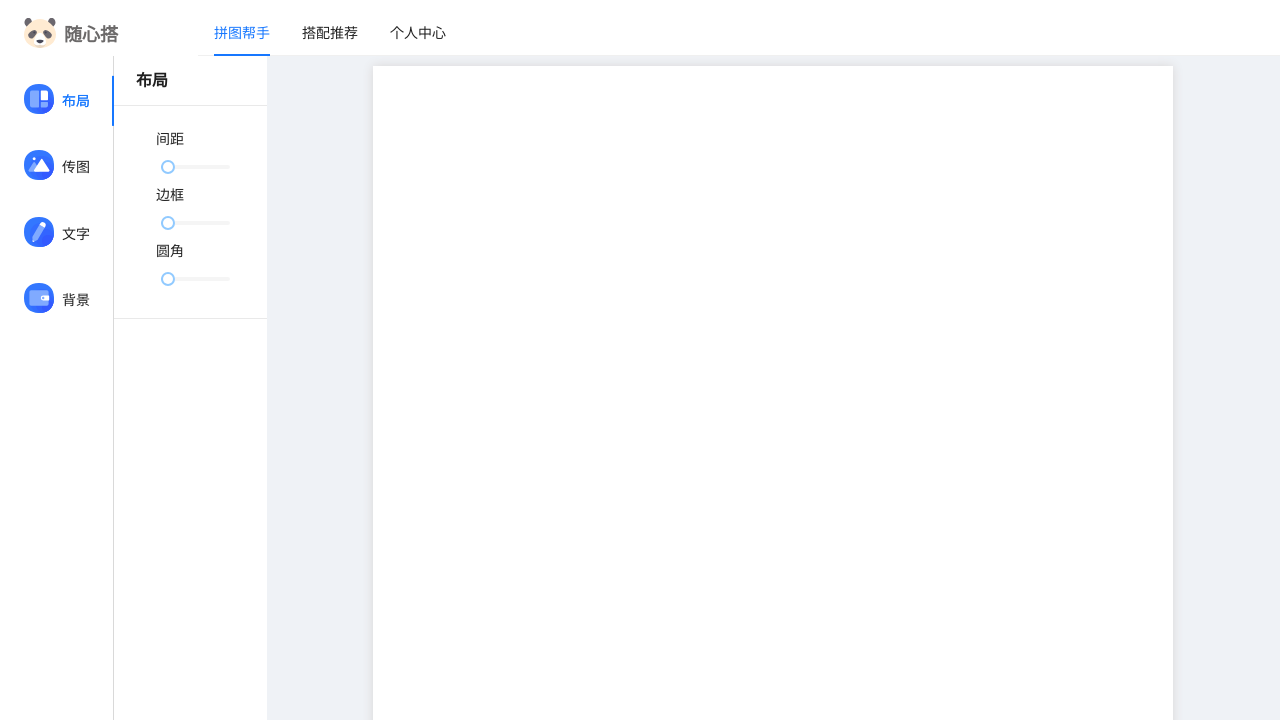
Repository: zzq1101921989/low-code
Page: /
The author's editor kept a copy of each file at every save. The page is drawn from the files as they stood at one save, then again after the next save.
The browser window is 1280 px wide. The pictures show the whole page.
The project was rebuilt for these pictures with package versions that can differ from the ones it lists, and the page was loaded fresh each time. Also part of the build but not shown: vite.config.ts, src/pages/admin/index.tsx, src/components/icon/ClothesIcon.tsx, src/components/icon/HairIcon.tsx, src/components/icon/PantsIcon.tsx, src/components/icon/ShoeIcon.tsx, src/pages/recommend/index.tsx.

Above is the page before, as saved 2023-05-21 18:12:03.

### index.html
<!DOCTYPE html>
<html lang="en">
  <head>
    <meta charset="UTF-8" />
    <link rel="icon" type="image/svg+xml" href="/vite.svg" />
    <meta name="viewport" content="width=device-width, initial-scale=1.0" />
    <title>搭配选择困难症？不懂搭？就来随心搭，找到属于自己的穿搭技巧</title>
  </head>
  <body>
    <div id="root"></div>
    <script type="module" src="/src/main.tsx"></script>
  </body>
</html>

### src/main.tsx
import ReactDOM from "react-dom/client";
import App from "./App";
import "./reset.css";

ReactDOM.createRoot(document.getElementById("root") as HTMLElement).render(
  <App />
);

### src/App.tsx
import { BrowserRouter, Navigate, Route, Routes } from "react-router-dom";
import LayoutComponent from "./components/layout";
import { routerConfig } from "./routers";

const App = () => {
  return (
    <BrowserRouter>
      <Routes>
        <Route path="/" element={<LayoutComponent />}>
          {/* 重定向 */}
          <Route path="/" element={<Navigate to="/home" />} />
          {routerConfig.map((item) => (
            <Route path={item.path} key={item.name} element={item.element} />
          ))}
        </Route>
        <Route path="*" element={<div>404</div>} />
      </Routes>
    </BrowserRouter>
  );
};

export default App;

### src/reset.css
html,body,div,span,applet,object,h1,h2,h3,h4,h5,h6,p,blockquote,pre,a,abbr,acronym,address,big,cite,code,del,dfn,em,img,ins,kbd,q,s,samp,small,strike,strong,sub,sup,tt,var,b,u,i,center,dl,dt,dd,ol,ul,li,fieldset,form,label,legend,table,caption,tbody,tfoot,thead,tr,th,td,article,aside,canvas,details,embed,figure,figcaption,footer,header,hgroup,menu,nav,output,ruby,section,summary,time,mark,audio,video {
	margin:0;
	padding:0;
	border:0;
	font-size:100%;
	font:inherit;
	font-weight:normal;
	vertical-align:baseline;
}
/* HTML5 display-role reset for older browsers */
article,aside,details,figcaption,figure,footer,header,hgroup,menu,nav,section {
	display:block;
}
ol,ul,li {
	list-style:none;
}
blockquote,q {
	quotes:none;
}
blockquote:before,blockquote:after,q:before,q:after {
	content:'';
	content:none;
}
table {
	border-collapse:collapse;
	border-spacing:0;
}
th,td {
	vertical-align:middle;
}
/* custom */
a {
	outline:none;
	color:#16418a;
	text-decoration:none;
	-webkit-backface-visibility: hidden;
}
a:focus {
	outline:none;
}
input:focus,select:focus,textarea:focus {
	outline:-webkit-focus-ring-color auto 0;
}

### src/routers/index.tsx
import { RouteObject } from "react-router-dom";
import Admin from "../pages/admin";
import Home from "../pages/home";
import Recommend from "../pages/recommend";

export const routerConfig: (RouteObject & { name: string })[] = [
  {
    path: "home",
    name: "拼图帮手",
    element: <Home />,
  },
  {
    path: "recommend",
    name: "搭配推荐",
    element: <Recommend />,
  },
  {
    path: "admin",
    name: "个人中心",
    element: <Admin />,
  },
];

### src/components/header/index.tsx
import { Menu, MenuProps } from "antd";
import { Link, useLocation } from "react-router-dom";
import { routerConfig } from "../../routers";

export default function HeaderComponent() {

  const locaiton = useLocation();

  const items: MenuProps["items"] = routerConfig.map((key) => ({
    key: key.path,
    label: <Link to={`/${key.path}`}>{key.name}</Link>,
  }));

  return (
    <Menu
      style={{ flex: 1 }}
      mode="horizontal"
      selectedKeys={[locaiton.pathname.split("/")[1]]}
      items={items}
    />
  );
}

### src/components/layout/index.module.less
.syd-layout {
  width: 100%;
  height: 100vh;
  display: flex;
  flex-direction: column;
  overflow: hidden;
  .syd-header {
    display: flex;
    width: 100%;
    align-items: center;
    padding: 10px 24px 0 24px;
    background-color: #fff;
    .logo {
      margin-right: 80px;
    }
  }
  .syd-content {
    flex: auto;
    background: #eff2f6;
  }
}

### src/pages/home/index.tsx
import { Col, Row } from "antd";
import { FC, useState } from "react";
import { DrawImage, Menu } from "./features";
import styles from "./index.module.less";

// 最大的间距是多少
const maxPedding = 60

// 最大的边框
const maxBorder = 0

const Home: FC = () => {

  const [ paddingPercentage, setPaddingPercentage ] = useState(10)

  // 当前计算出来的间距是多少
  const padding = Math.round(maxPedding * (paddingPercentage / 100))

  return (
    <Row style={{ height: "100%" }} className={styles.homeContainer}>
      <Col xl={5}>
        <Menu paddingPercentage={paddingPercentage} setPaddingPercentage={setPaddingPercentage} />
      </Col>
      <Col xl={19}>
        <DrawImage padding={padding} />
      </Col>
    </Row>
  );
};

export default Home;

### src/pages/home/features/index.tsx
export { default as Area } from './Area';
export { default as DrawImage } from './DrawImage';
export { default as Menu } from './Menu';

### src/pages/home/index.module.less
.homeContainer {
    :global{
        .ant-tabs-tabpane {
            padding-left: 0 !important
        }
        .ant-tabs-nav-wrap {
            padding-top: 20px;
        }
    }
}

### src/pages/home/features/Area/index.tsx
import { FC, ReactNode } from "react";
import styles from "./index.module.less";

interface AreaProps {
  /**
   * @name 头部区域内容
   */
  header: string | ReactNode;

  /**
   * @name 中间区域内容
   */
  centre?: string | ReactNode;
}
const Area: FC<AreaProps> = (props) => {
  const { header, centre } = props;

  return (
    <div className={`${styles["area-container"]}`}>
      <div
        className={`${styles["area-container-header"]} ${styles.padding} ${styles.borderBottom}`}
      >
        {header}
      </div>
      {centre && (
        <div
          className={`${styles["area-container-centre"]} ${styles.padding} ${styles["borderBottom"]}`}
        >
          {centre}
        </div>
      )}
    </div>
  );
};

export default Area;

### src/pages/home/features/Menu/index.tsx
import { Slider, Space, Tabs, TabsProps } from "antd";
import { Dispatch, FC } from "react";
import { Area } from "..";
import {
  ColorIcon,
  ImageIcon,
  LayoutIcon,
  TextIcon,
} from "../../../../components/icon";

type MenuProps = {
  /**
   * 间距百分比
   */
  paddingPercentage: number
  setPaddingPercentage: Dispatch<React.SetStateAction<number>>
}

/**
 * 导航栏组件
 */
const Menu: FC<MenuProps> = (props) => {

  const { paddingPercentage, setPaddingPercentage } = props;

  const items: TabsProps["items"] = [
    {
      label: (
        <Space>
          <LayoutIcon />
          布局
        </Space>
      ),
      key: "1",
      children: (
        <Area
          header="布局"
          centre={
            <div
              style={{
                width: "100%",
                display: "flex",
                flexDirection: "column",
                padding: '10px 20px',
                boxSizing: 'border-box'
              }}
            >
              <div>
                间距
                <Slider defaultValue={paddingPercentage} onChange={setPaddingPercentage} />
              </div>
              <div>
                边框
                <Slider defaultValue={10} />
              </div>
              <div>
                圆角
                <Slider defaultValue={10} />
              </div>
            </div>
          }
        />
      ),
    },
    {
      label: (
        <Space>
          <ImageIcon />
          传图
        </Space>
      ),
      key: "2",
      children: "",
    },
    {
      label: (
        <Space>
          <TextIcon />
          文字
        </Space>
      ),
      key: "3",
      children: "",
    },
    {
      label: (
        <Space>
          <ColorIcon />
          背景
        </Space>
      ),
      key: "4",
      children: "",
    },
  ];

  return (
    <Tabs
      tabPosition="left"
      items={items}
      style={{ background: "#fff", height: "100%" }}
    />
  );
}

export default Menu

### src/pages/home/features/Area/index.module.less
.area-container {
    width: 100%;
    .area-container-header {
        font-size: 18px;
    }
    .area-container-header {
        font-size: 16px;
        font-weight: bold;
    }
}
.padding {
    padding: 12px 12px 12px 22px;
}
.borderBottom {
    border-bottom: 1px solid #e9e9e9;
}

### src/pages/home/components/index.tsx
export { default as ItemBox } from './ItemBox';
export { default as ContextMenu } from './contextmenu';

### src/pages/home/features/DrawImage/LayoutBox/index.tsx
import { DOMElement, FC, createElement } from 'react'

export type LayoutConfig = {
    direction: 'top' | 'left' | 'none',
    width: number,
    height: number,
    value: LayoutConfig[]
}

type LayoutBoxProps = {

    /**
     * 布局配置
     */
    layoutConfig: LayoutConfig[]

    /**
     * 容器最大宽度
     */
    containerWidth: number,


    /**
     * 容器最大高度
     */
    containerHeight: number,

    /**
     * 间距
     */
    padding: number,
}
const LayoutBox: FC<LayoutBoxProps> = (props) => {

    const { layoutConfig, containerWidth, containerHeight, padding } = props;

    const handlerCreateElement = (config: LayoutConfig[], orgiginWidth: number, orgiginHeight: number): (DOMElement<any, any> | React.ReactNode) []  => {
        const ele = config.map(item => {

            const width = orgiginWidth * item.width

            const height = orgiginHeight * item.height

            return createElement('div', {
                className: 'edit-container',
                style: {
                    display: item.direction === 'left' ? 'flex' : 'block',
                    width,
                    height
                }
            }, handlerCreateElement(item.value, width, height))

            // return <ItemBox dataIndex={0} />

        })

        return ele
    }

    return <>{handlerCreateElement(layoutConfig, containerWidth, containerHeight)}</>
}

export default LayoutBox

### src/components/icon/index.tsx
export { default as ClothesIcon } from "./ClothesIcon";
export { default as ColorIcon } from "./ColorIcon";
export { default as HairIcon } from "./HairIcon";
export { default as ImageIcon } from "./ImageIcon";
export { default as LayoutIcon } from "./LayoutIcon";
export { default as PantsIcon } from "./PantsIcon";
export { default as ShoeIcon } from "./ShoeIcon";
export { default as TextIcon } from "./TextIcon";

### src/pages/home/components/contextmenu/index.tsx
import { Space } from "antd";
import { FC } from "react";
import styles from "./index.module.less";

type ContextMenuProps = {
  /**
   * @name left 距离
   */
  left: number;

  /**
   * @name top 距离
   */
  top: number;

  /**
   * @name 是否打开
   */
  open: boolean;
};
const ContextMenu: FC<ContextMenuProps> = (props) => {
  const { left, top, open } = props;

  return (
    <div
      className={styles.contextMenu}
      style={{ left, top, display: open ? "block" : "none" }}
    >
      <div className={styles.contextMenuItem} id="uploadBtn">
        <Space>
          <svg
            xmlns="http://www.w3.org/2000/svg"
            xmlnsXlink="http://www.w3.org/1999/xlink"
            version="1.1"
            id="图层_1"
            x="0px"
            y="0px"
            viewBox="0 0 16 16"
            enableBackground="new 0 0 16 16"
            xmlSpace="preserve"
          >
            <path d="M3.5,7C2.672,7,2,6.328,2,5.5S2.672,4,3.5,4S5,4.672,5,5.5S4.328,7,3.5,7z M1,2h13c0.552,0,1,0.448,1,1v10  c0,0.552-0.448,1-1,1H1c-0.552,0-1-0.448-1-1V3C0,2.448,0.448,2,1,2z M14,11.294V3H1v10h0.297l5.687-5l4.433,5h0.661l-1.916-2.267  l1.843-1.77L14,11.294z"></path>
          </svg>
          添加图片
        </Space>
      </div>
      <div className={styles.contextMenuItem}>
        <Space>
          <svg
            xmlns="http://www.w3.org/2000/svg"
            xmlnsXlink="http://www.w3.org/1999/xlink"
            version="1.1"
            id="图层_1"
            x="0px"
            y="0px"
            viewBox="0 0 16 16"
            enableBackground="new 0 0 16 16"
            xmlSpace="preserve"
          >
            <path
              fillRule="evenodd"
              clipRule="evenodd"
              d="M14.984,13.169C15.169,15.754,13.748,16,12.512,16  c-1.236,0-2.781-0.308-2.472-2.831C10.225,11.631,12.512,8,12.512,8S14.86,11.815,14.984,13.169z M13,7.051  c0,0.203-0.103,0.457-0.258,0.659l-5.829,5.986c-0.413,0.406-1.032,0.406-1.444,0L0.31,8.42c-0.413-0.457-0.413-1.116,0-1.522  l3.663-3.754L1.806,0.913c-0.206-0.203-0.206-0.507,0-0.761c0.206-0.203,0.516-0.203,0.722,0l2.167,2.283L6.19,0.913  c0.413-0.406,1.032-0.406,1.444,0l5.056,5.275C12.948,6.442,13,6.746,13,7.051z M1.97,6.611h9.848L6.869,1.556l-1.4,1.458  l1.75,1.799c0.2,0.194,0.2,0.535,0,0.729c-0.2,0.194-0.5,0.194-0.7,0l-1.75-1.799L1.97,6.611z"
            ></path>
          </svg>
          填充背景
        </Space>
      </div>
    </div>
  );
};
export default ContextMenu;

### src/components/icon/ColorIcon.tsx
import Icon from "@ant-design/icons";
import { CustomIconComponentProps } from "@ant-design/icons/lib/components/Icon";

const Color = () => (
  <svg
    viewBox="0 0 1024 1024"
    version="1.1"
    xmlns="http://www.w3.org/2000/svg"
    p-id="7117"
    width="30"
    height="30"
  >
    <path
      d="M1023.910943 511.999898c5.11911 317.794367-194.116663 516.825376-511.91103 511.911029-317.794367 4.914346-516.825376-194.116663-511.91103-511.911029C-4.825463 194.20553 194.205546-4.825478 511.999913 0.088868c317.794367-4.914346 516.825376 194.116663 511.91103 511.91103z"
      fill="#3377FF"
      p-id="7118"
    ></path>
    <path
      d="M1022.477592 566.671996C1006.915497 340.40732 852.318366 201.16752 614.382119 204.85328c-254.112635-4.095288-413.624112 155.416189-409.528824 409.528824-3.890524 237.936247 135.554041 392.533378 361.613952 408.095473 268.036615-16.381153 439.629192-187.97373 456.010345-455.805581z"
      fill="#336DFF"
      p-id="7119"
    ></path>
    <path
      d="M1015.515602 629.944199C985.824762 491.523456 876.480566 407.160519 716.764325 409.617692c-190.635668-3.071466-310.218084 116.51095-307.146618 307.146618-2.457173 159.716241 81.905765 269.060437 220.121743 298.751277 211.112109-34.400421 351.375731-174.664043 385.776152-385.571388z"
      fill="#3364FF"
      p-id="7120"
    ></path>
    <path
      d="M997.701098 705.707031C964.734028 646.734881 902.076118 613.153517 819.146531 614.382104c-127.1587-2.047644-206.812056 77.605712-204.764412 204.764412-1.433351 82.929587 32.352777 145.587497 91.120163 178.554567a431.233852 431.233852 0 0 0 292.198816-291.994052z"
      fill="#335AFF"
      p-id="7121"
    ></path>
    <path
      d="M184.376854 245.806162m61.429324 0l532.387471 0q61.429324 0 61.429323 61.429324l0 409.528824q0 61.429324-61.429323 61.429323l-532.387471 0q-61.429324 0-61.429324-61.429323l0-409.528824q0-61.429324 61.429324-61.429324Z"
      fill="#80AAFF"
      p-id="7122"
    ></path>
    <path
      d="M655.335001 430.094133h184.287971a20.476441 20.476441 0 0 1 20.476441 20.476441v122.858647a20.476441 20.476441 0 0 1-20.476441 20.476441h-184.287971a81.905765 81.905765 0 0 1-81.905764-81.905764 81.905765 81.905765 0 0 1 81.905764-81.905765z"
      fill="#FFFFFF"
      p-id="7123"
    ></path>
    <path
      d="M655.335001 511.999898m-40.952882 0a40.952882 40.952882 0 1 0 81.905765 0 40.952882 40.952882 0 1 0-81.905765 0Z"
      fill="#80AAFF"
      p-id="7124"
    ></path>
  </svg>
);

export default function ColorIcon(props: Partial<CustomIconComponentProps>) {
  return <Icon component={Color} {...props} />;
}

### src/components/icon/ImageIcon.tsx
import Icon from "@ant-design/icons";
import { CustomIconComponentProps } from "@ant-design/icons/lib/components/Icon";

const Image = () => (
  <svg
    viewBox="0 0 1024 1024"
    version="1.1"
    xmlns="http://www.w3.org/2000/svg"
    p-id="1209"
    width="30"
    height="30"
  >
    <path
      d="M1023.910943 511.999898c5.11911 317.794367-194.116663 516.825376-511.91103 511.911029-317.794367 4.914346-516.825376-194.116663-511.91103-511.911029C-4.825463 194.20553 194.205546-4.825478 511.999913 0.088868c317.794367-4.914346 516.825376 194.116663 511.91103 511.91103z"
      fill="#3377FF"
      p-id="1210"
    ></path>
    <path
      d="M1022.477592 566.671996C1006.915497 340.40732 852.318366 201.16752 614.382119 204.85328c-254.112635-4.095288-413.624112 155.416189-409.528824 409.528824-3.890524 237.936247 135.554041 392.533378 361.613952 408.095473 268.036615-16.381153 439.629192-187.97373 456.010345-455.805581z"
      fill="#336DFF"
      p-id="1211"
    ></path>
    <path
      d="M1015.515602 629.944199C985.824762 491.523456 876.480566 407.160519 716.764325 409.617692c-190.635668-3.071466-310.218084 116.51095-307.146618 307.146618-2.457173 159.716241 81.905765 269.060437 220.121743 298.751277 211.112109-34.400421 351.375731-174.664043 385.776152-385.571388z"
      fill="#3364FF"
      p-id="1212"
    ></path>
    <path
      d="M312.968905 439.308531L158.781302 678.678129a40.952882 40.952882 0 0 0 34.400422 63.067439h308.375204a40.952882 40.952882 0 0 0 34.400421-63.067439l-154.187602-239.574362a40.952882 40.952882 0 0 0-68.800842 0.204764z"
      fill="#80AAFF"
      p-id="1213"
    ></path>
    <path
      d="M997.701098 705.707031C964.734028 646.734881 902.076118 613.153517 819.146531 614.382104c-127.1587-2.047644-206.812056 77.605712-204.764412 204.764412-1.433351 82.929587 32.352777 145.587497 91.120163 178.554567a431.233852 431.233852 0 0 0 292.198816-291.994052z"
      fill="#335AFF"
      p-id="1214"
    ></path>
    <path
      d="M571.586357 329.554807l-225.240853 349.123322a40.952882 40.952882 0 0 0 34.400421 63.067439h450.481706a40.952882 40.952882 0 0 0 34.400421-63.067439l-225.240853-349.123322a40.952882 40.952882 0 0 0-68.800842 0z"
      fill="#FFFFFF"
      p-id="1215"
    ></path>
    <path
      d="M347.369326 294.540092m-51.191103 0a51.191103 51.191103 0 1 0 102.382206 0 51.191103 51.191103 0 1 0-102.382206 0Z"
      fill="#FFFFFF"
      p-id="1216"
    ></path>
  </svg>
);

export default function ImageIcon(props: Partial<CustomIconComponentProps>) {
  return <Icon component={Image} {...props} />;
}

### src/components/icon/TextIcon.tsx
import Icon from "@ant-design/icons";
import { CustomIconComponentProps } from "@ant-design/icons/lib/components/Icon";

const Text = () => (
  <svg
    viewBox="0 0 1024 1024"
    version="1.1"
    xmlns="http://www.w3.org/2000/svg"
    p-id="1365"
    width="30"
    height="30"
  >
    <path
      d="M1023.910943 511.999898c5.11911 317.794367-194.116663 516.825376-511.91103 511.911029-317.794367 4.914346-516.825376-194.116663-511.91103-511.911029C-4.825463 194.20553 194.205546-4.825478 511.999913 0.088868c317.794367-4.914346 516.825376 194.116663 511.91103 511.91103z"
      fill="#3377FF"
      p-id="1366"
    ></path>
    <path
      d="M1022.477592 566.671996C1006.915497 340.40732 852.318366 201.16752 614.382119 204.85328c-254.112635-4.095288-413.624112 155.416189-409.528824 409.528824-3.890524 237.936247 135.554041 392.533378 361.613952 408.095473 268.036615-16.381153 439.629192-187.97373 456.010345-455.805581z"
      fill="#336DFF"
      p-id="1367"
    ></path>
    <path
      d="M1015.515602 629.944199C985.824762 491.523456 876.480566 407.160519 716.764325 409.617692c-190.635668-3.071466-310.218084 116.51095-307.146618 307.146618-2.457173 159.716241 81.905765 269.060437 220.121743 298.751277 211.112109-34.400421 351.375731-174.664043 385.776152-385.571388z"
      fill="#3364FF"
      p-id="1368"
    ></path>
    <path
      d="M997.701098 705.707031C964.734028 646.734881 902.076118 613.153517 819.146531 614.382104c-127.1587-2.047644-206.812056 77.605712-204.764412 204.764412-1.433351 82.929587 32.352777 145.587497 91.120163 178.554567a431.233852 431.233852 0 0 0 292.198816-291.994052z"
      fill="#335AFF"
      p-id="1369"
    ></path>
    <path
      d="M526.538186 263.82543L293.311521 668.03038a61.429324 61.429324 0 0 0-7.985812 35.629007l9.828692 125.725349a20.476441 20.476441 0 0 0 28.667017 17.200211l118.763359-51.600632A61.429324 61.429324 0 0 0 471.047031 769.388763l232.817136-403.181127z"
      fill="#80AAFF"
      p-id="1370"
    ></path>
    <path
      d="M687.687779 189.495949a102.382206 102.382206 0 0 0-139.854094 37.471887l-20.476441 36.857594 177.325981 102.382206 20.476441-36.857594a102.382206 102.382206 0 0 0-37.471887-139.854093zM292.082935 790.479498l3.071466 38.905238a20.476441 20.476441 0 0 0 28.667017 17.200211l37.267123-16.176389z"
      fill="#FFFFFF"
      p-id="1371"
    ></path>
  </svg>
);

export default function TextIcon(props: Partial<CustomIconComponentProps>) {
  return <Icon component={Text} {...props} />;
}

### src/pages/home/components/contextmenu/index.module.less
.contextMenu {
    position: absolute;
    z-index: 10;
    width: 126px;
    padding: 5px 0;
    background-color: #fff;
    box-shadow: 0 0 5px #ccc;
    border-radius: 5px;
    cursor: pointer;
    .contextMenuItem {
        width: 100%;
        user-select: none;
        line-height: 36px;
        color: #333;
        text-align: center;
        font-size: 13px;
        svg {
            width: 15px;
            height: 15px;
        }
        &:hover {
            background: #1a7eff;
            color: #fff;
        }
    }
}

### src/pages/home/components/ItemBox/index.tsx
import { FC, memo, useRef, useState } from "react";
import styles from "./index.module.less";

interface ItemBoxProps {
  /**
   * 当前选中的焦点区域
   */
  activeIndex?: number;

  /**
   * 当前组件的索引
   */
  dataIndex: number;

}

const ItemBox: FC<ItemBoxProps> = (props) => {

  const { activeIndex, dataIndex } = props;

  const [openAddMask, setOpenAddMask] = useState(true);

  const image = useRef<SVGImageElement | null>(null)

  image.current?.addEventListener('load', () => {
    setOpenAddMask(false)
  })

  return (
    <div
      className={styles.itemBox}
      style={{
        border: `2px ${
          activeIndex === dataIndex ? "solid #2354f4" : "dashed #1e80ff80"
        }`,
      }}
    >
      <svg
        view-box="0 0 367.3725 367.3725"
        xmlns="http://www.w3.org/2000/svg"
        xmlnsXlink="http://www.w3.org/1999/xlink"
      >
        <g
          style={{
            transform: "matrix(1, 0, 0, 1, 0, 0)",
          }}
        >
          <image ref={image} />
        </g>
      </svg>
      <span className={styles.close}>
        <svg
          version="1.1"
          id="图层_1"
          xmlns="http://www.w3.org/2000/svg"
          xmlnsXlink="http://www.w3.org/1999/xlink"
          x="0px"
          y="0px"
          viewBox="0 0 16 16"
        >
          <path
            d="M11.8,1.6l-0.7,0.7L7.8,5.6L4.6,2.3L3.9,1.6L3.1,2.3L2,3.4L1.3,4.1L2,4.8l3.3,3.3L2,11.4l-0.7,0.7L2,12.8 L3.1,14l0.7,0.7L4.6,14l3.3-3.3l3.3,3.3l0.7,0.7l0.7-0.7l1.1-1.1l0.7-0.7l-0.7-0.7l-3.3-3.3l3.3-3.3l0.7-0.7l-0.7-0.7l-1.1-1.1 L11.8,1.6L11.8,1.6z"
            style={{
              opacity: 0.9,
              fill: "rgb(255, 255, 255)",
            }}
          ></path>{" "}
          <g>
            <polygon points="13,4.1 11.8,3 7.8,7 3.9,3 2.7,4.1 6.7,8.1 2.7,12.1 3.9,13.3 7.8,9.3 11.8,13.3 13,12.1 9,8.1 	"></polygon>
          </g>
        </svg>
      </span>
      <span
        style={{
          display: openAddMask ? "flex" : "none",
        }}
        className={styles.add}
        data-type="add"
        data-index={dataIndex}
      >
        +
      </span>
    </div>
  );
};
export default memo(ItemBox);

### src/pages/home/components/ItemBox/index.module.less
.itemBox {
    position: relative;
    width: 100%;
    height: 100%;
    .close {
        width: 16px;
        height: 16px;
        display: none;
        position: absolute;
        right: 10px;
        top: 10px;
    }
    .add {
        position: relative;
        z-index: 9;
        width: 100%;
        height: 100%;
        justify-content: center;
        align-items: center;
        text-align: center;
        margin: 0 auto;
        font-size: 40px;
        color: #1e80ff80;
        user-select: none
    }
    >svg{
        height: 100%;
        width: 100%;
        position: absolute;
        left: 0;
        top: 0;
    }
    &:hover {
        border: 2px solid #2354f4 !important;
        .close {
            display: block;
        }
    }
}

Loaded but not shown: src/pages/home/features/DrawImage/index.tsx (266 lines, source omitted); src/components/layout/index.tsx (69 lines, source omitted); src/components/icon/LayoutIcon.tsx (48 lines, source omitted)

After the next save:
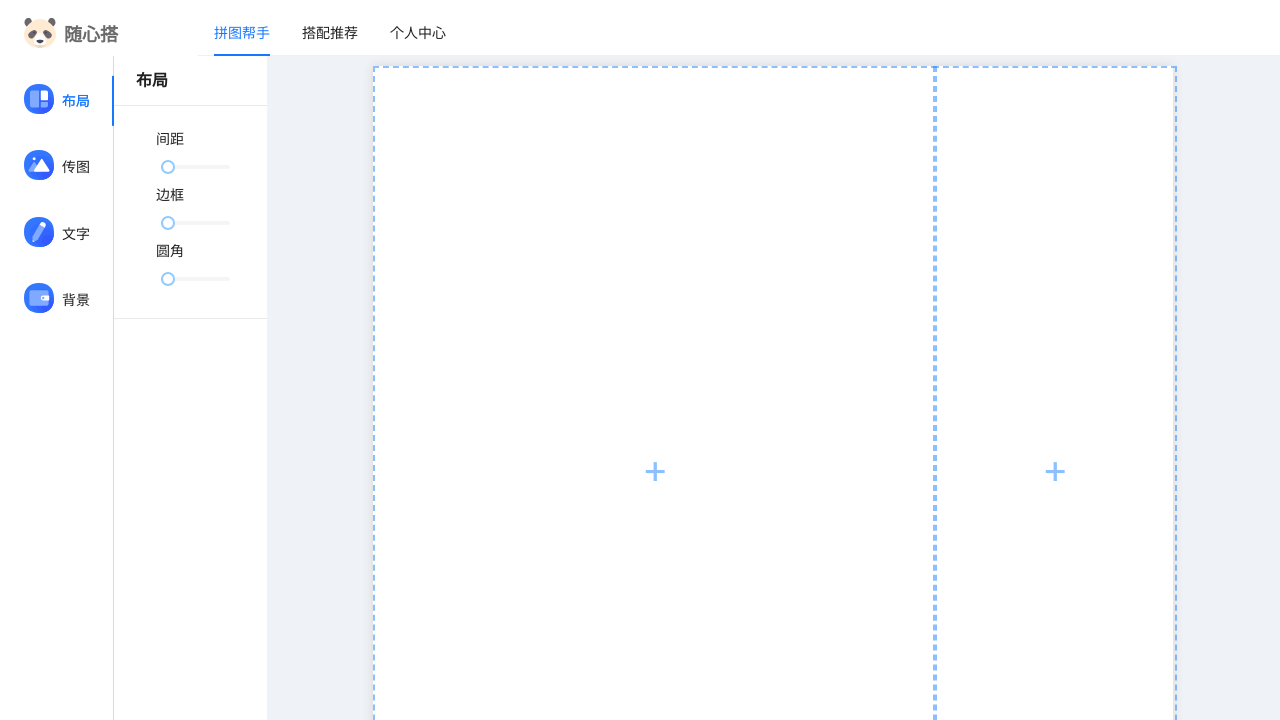
Saved 46 s later.
--- a/src/pages/home/features/DrawImage/LayoutBox/index.tsx
+++ b/src/pages/home/features/DrawImage/LayoutBox/index.tsx
@@ -1,4 +1,5 @@
 import { DOMElement, FC, createElement } from 'react'
+import { ItemBox } from '../../../components'
 
 export type LayoutConfig = {
     direction: 'top' | 'left' | 'none',
@@ -48,9 +49,7 @@ const LayoutBox: FC<LayoutBoxProps> = (props) => {
                     width,
                     height
                 }
-            }, handlerCreateElement(item.value, width, height))
-
-            // return <ItemBox dataIndex={0} />
+            }, item.value.length ? handlerCreateElement(item.value, width, height) : <ItemBox dataIndex={0} />)
 
         })
 
